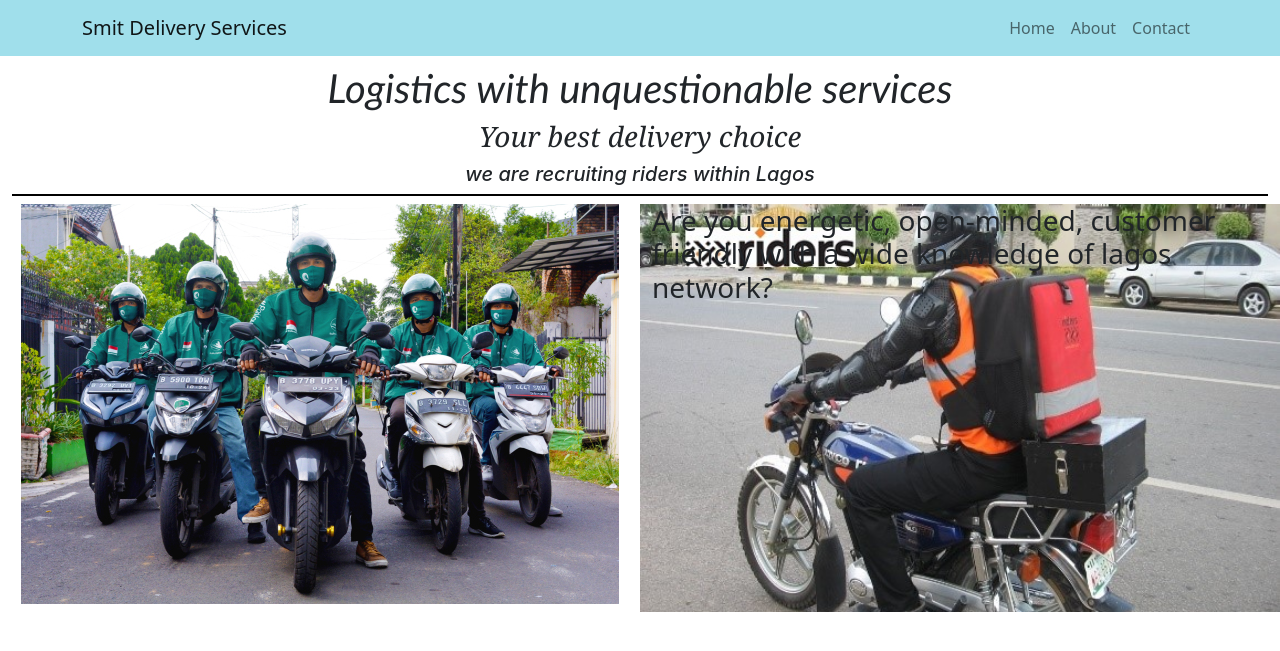
Repository: smit1298/logistic
Page: /
The author's editor kept a copy of each file at every save. The page is drawn from the files as they stood at one save, then again after a run of saves.
The browser window is 1280 px wide. The pictures show the whole page.
The project was rebuilt for these pictures with package versions that can differ from the ones it lists, and the page was loaded fresh each time.

Above is the page before, as saved 2021-10-04 08:52:33.

### public/index.html
<!DOCTYPE html>
<html lang="en">
  <head>
    <meta charset="utf-8" />
    <link rel="icon" href="%PUBLIC_URL%/favicon.ico" />
    <meta name="viewport" content="width=device-width, initial-scale=1" />
    <meta name="theme-color" content="#000000" />
    <meta
      name="description"
      content="Web site created using create-react-app"
    />
    <link rel="apple-touch-icon" href="%PUBLIC_URL%/logo192.png" />

    <link rel="manifest" href="%PUBLIC_URL%/manifest.json" />

    <title>Smit Delivery Services</title>
  </head>
  <body>
    <noscript>You need to enable JavaScript to run this app.</noscript>
    <div id="root"></div>

  </body>
</html>

### src/App.js
// import './App.css';
import Navs from './components/navs/Navs';
import RecruitForm from './components/recruit/RecruitForm';

function App() {
  return (
    <div>
      <Navs />
      <RecruitForm />
    </div>
  );
}

export default App;

### src/components/Navs/Navs.jsx
import React from "react";
import "bootstrap/dist/css/bootstrap.css";
import { Navbar, Container, Nav } from "react-bootstrap";
import './Navs.css'

 const Navs = () => {
  return (
    <div>
      <Navbar id='navbar' bg="light" expand="lg">
        <Container>
          <Navbar.Brand href="#home">Smit Delivery Services</Navbar.Brand>
          <Navbar.Toggle aria-controls="basic-navbar-nav" />
          <Navbar.Collapse id="basic-navbar-nav">
            <Nav className="ms-auto">
              <Nav.Link href="#home">Home</Nav.Link>
              <Nav.Link href="#about">About </Nav.Link>
              <Nav.Link href="#contact">Contact </Nav.Link>
            </Nav>
          </Navbar.Collapse>
        </Container>
      </Navbar>
    </div>
  );
};

export default Navs;

### src/components/recruit/RecruitForm.jsx
import React from "react";
import "bootstrap/dist/css/bootstrap.css";
import { Row, Col } from "react-bootstrap";
import Left from "../images/background.jpg";
import "./RecruitForm.css";

const recruitForm = () => {
  return (
    <div className="container-fluid" id="recruit">
      <div className="mt-2 justify-content-md-center" id="top">
        <h1 className="text-center">Logistics with unquestionable services</h1>
        <h3 className="text-center">Your best delivery choice</h3>
        <h5 className="text-center">we are recruiting riders within Lagos</h5>
      </div>
      <Row className="mt-2">
        <Col className=" mb-2 ms-auto text-center">
          <img src={Left} alt="we are recruiting riders" />
        </Col>
        <Col className="me-auto" id="vaccancy">
          <h3>
            Are you energetic, open-minded, customer friendly with a wide
            knowledge of lagos network?
          </h3>
          {/* <Form className="me-auto" >
            <Row className="mb-3">
              <Form.Group as={Col} controlId="formGridName">
                <Form.Label>First Name</Form.Label>
                <Form.Control type="name" placeholder="Enter firstname" />
              </Form.Group>
              <Form.Group as={Col} controlId="formGridName">
                <Form.Label>Last Name</Form.Label>
                <Form.Control type="name" placeholder="Enter lastname" />
              </Form.Group>
            </Row>
            <Form.Group className="mb-3" controlId="formGridAddress1">
              <Form.Label>Address</Form.Label>
              <Form.Control placeholder="12 Smit St, ikeja, Lagos Mainland" />
            </Form.Group>
            <Form.Group className="mb-3" controlId="formGridPhone">
              <Form.Label>Phone Number</Form.Label>
              <Form.Control placeholder="Enter Your Phone number" />
            </Form.Group>

            <Form.Group>
              <p>Do you have a rider permit ?</p>
              <div class="form-check form-check-inline">
                <input
                  class="form-check-input"
                  type="radio"
                  name="inlineRadioOptions"
                  id="inlineRadio1"
                  value="option1"
                />
                <label class="form-check-label" for="inlineRadio1">
                  Yes
                </label>
              </div>
              <div class="form-check form-check-inline">
                <input
                  class="form-check-input"
                  type="radio"
                  name="inlineRadioOptions"
                  id="inlineRadio2"
                  value="option2"
                />
                <label class="form-check-label" for="inlineRadio2">
                  No
                </label>
              </div>
            </Form.Group>
            <br />
            <Button variant="primary" type="submit">
              Submit
            </Button>
          </Form> */}
        </Col>
      </Row>
    </div>
  );
};

export default recruitForm;

### src/components/Navs/Navs.css
#navbar{
    background-color: rgb(160, 223, 235) !important;
    font-weight: 400 !important;
}

### src/components/recruit/RecruitForm.css
body,
html {
  height: 100% !important;
}


#top {
    border-bottom: 2px solid black;
  height: 100% !important;
  /* border: 1px solid black; */
  /* border-radius: 10px; */
}

#top h1{
font-family: 'Gill Sans', 'Gill Sans MT', 'Calibri', 'Trebuchet MS', sans-serif !important;
font-style: italic !important;
}
#top h3{
font-family:'Georgia', 'Times New Roman', 'Times, serif';
font-style: italic !important;
}
#top h5{
font-family:'-apple-system', 'BlinkMacSystemFont', 'Segoe UI', 'Roboto', 'Oxygen' !important;
font-style: italic !important;
}

#vaccancy{
  background-image: url("../images/rider.jpg");
  background-repeat: no-repeat;
  background-position: center;
  background-size: cover;
  width: 70%;
}

Loaded but not shown: src/index.js (common file); src/index.css (common file); src/reportWebVitals.js (common file)

After the next 2 saves:
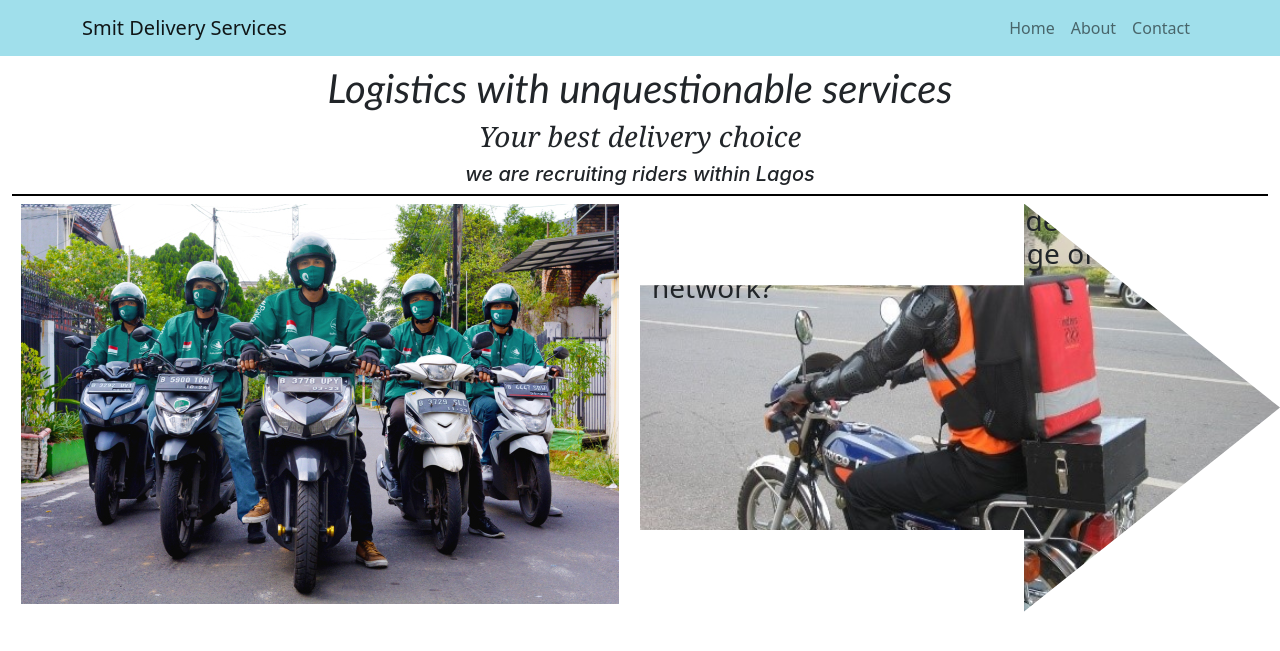
The 2 saves are shown as one change because they came seconds apart.
The last was saved 6 min 21 s later.
--- a/src/components/recruit/RecruitForm.css
+++ b/src/components/recruit/RecruitForm.css
@@ -30,4 +30,6 @@ font-style: italic !important;
   background-position: center;
   background-size: cover;
   width: 70%;
+  clip-path: polygon(0% 20%, 60% 20%, 60% 0%, 100% 50%, 60% 100%, 60% 80%, 0% 80%);
+
 }
